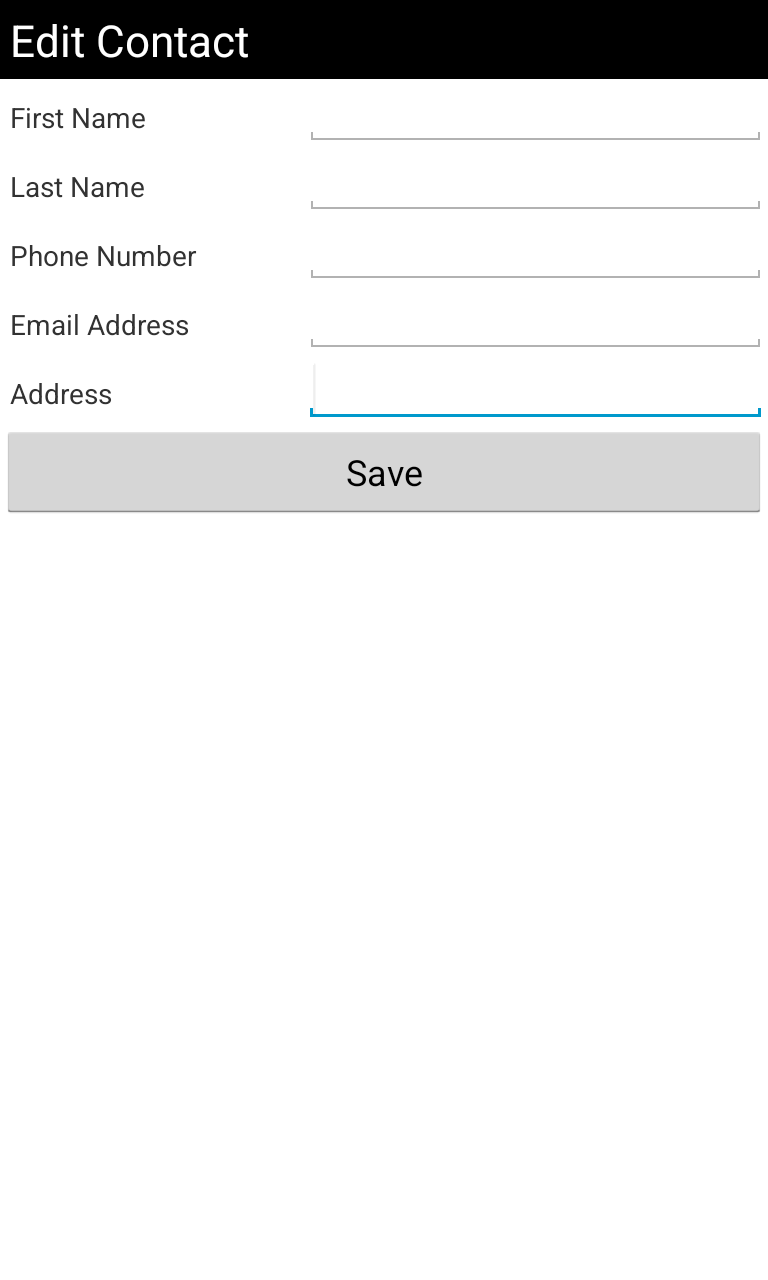
Repository: oscarhe/android-practices
Layout: AddressBookApp/res/layout/edit_contact.xml
The author's editor kept a copy of each file at every save. The layout is drawn from the files as they stood at one save, then again after the next save.
It is drawn on a 768 x 1280 px phone screen (xhdpi) without system bars, with theme AppTheme; the app's code is not run.

Above is the layout before, as saved 2013-07-01 20:50:42.

After the next save:
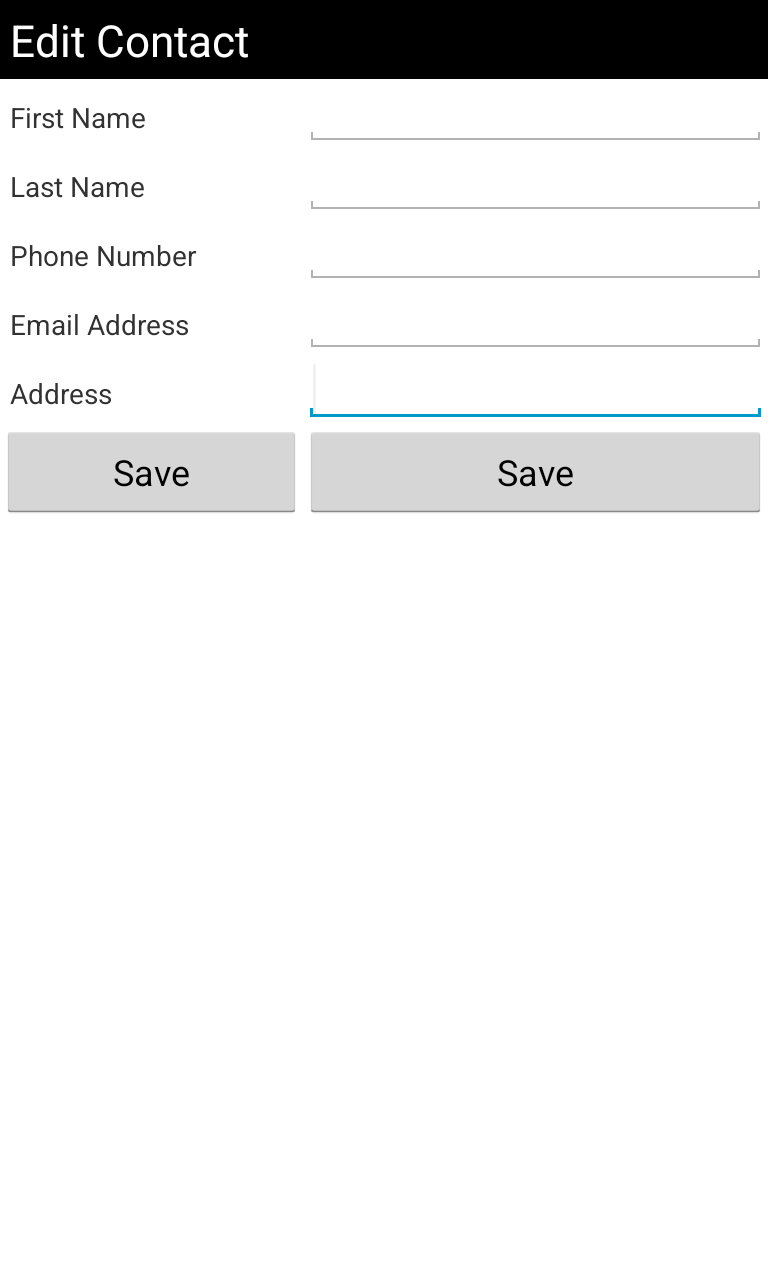
Saved 38 s later.
--- a/AddressBookApp/res/layout/edit_contact.xml
+++ b/AddressBookApp/res/layout/edit_contact.xml
@@ -161,6 +161,14 @@
         android:layout_height="wrap_content" >
 
         <Button
+            android:id="@+id/editButton"
+            android:layout_width="wrap_content"
+            android:layout_height="wrap_content"
+            android:onClick="addNewContact"
+            android:layout_weight="1"
+            android:text="@string/save_data" />
+
+        <Button
             android:id="@+id/addButton"
             android:layout_width="wrap_content"
             android:layout_height="wrap_content"
